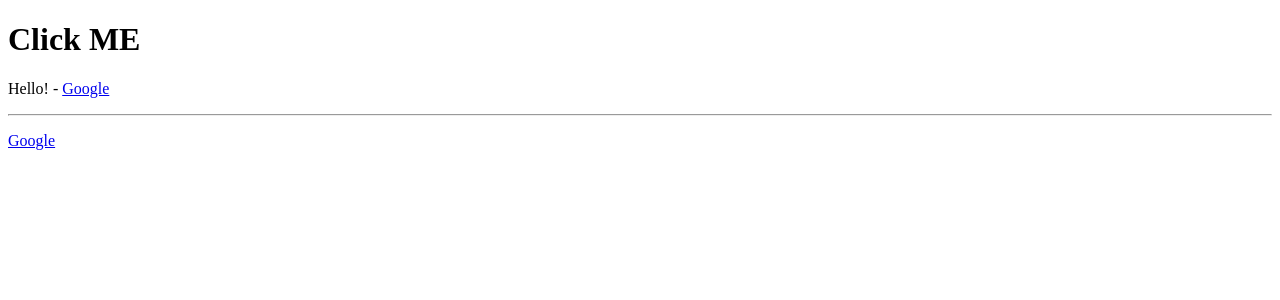
Repository: Samtrapskin/Time-to-learn-Vue.JS
Page: index.html
The author's editor kept a copy of each file at every save. The page is drawn from the files as they stood at one save, then again after the next save.
The browser window is 1280 px wide. The pictures show the whole page.
Some web libraries are served in a nearby version.

Above is the page before, as saved 2018-06-29 12:32:24.

### index.html
<!DOCTYPE html>
<html lang="en">

<head>
    <meta charset="UTF-8">
    <meta name="viewport" content="width=device-width, initial-scale=1.0">
    <meta http-equiv="X-UA-Compatible" content="ie=edge">
    <script src="vue.js"></script>

    <title>VueJS</title>
</head>

<body>
    <script src="https://cdn.jsdelivr.net/npm/vue@2.5.16/dist/vue.js"></script>

    <div id="app">
        <h1 v-once>Click ME</h1>
        <p>
            {{ sayHello() }} - <a v-bind:href ="link">Google</a>
        </p>
        <hr>
        <p v-html ='finishedLink'>
                    </p>
    </div>

    <!-- ///////LOGIC//////// -->



    <script>
        new Vue({
            el: '#app',
            data: {
                title: 'Hello World!',
                link: 'http://google.com',
                finishedLink: '<a href ="http://google.com"> Google </a>'
            },
            methods: {
                 sayHello: function () {
                     this.title= 'Hello!'
                    return this.title ;
                }
            }
        });
    </script>
</body>

</html>

Loaded but not shown: vue.js (library)

After the next save:
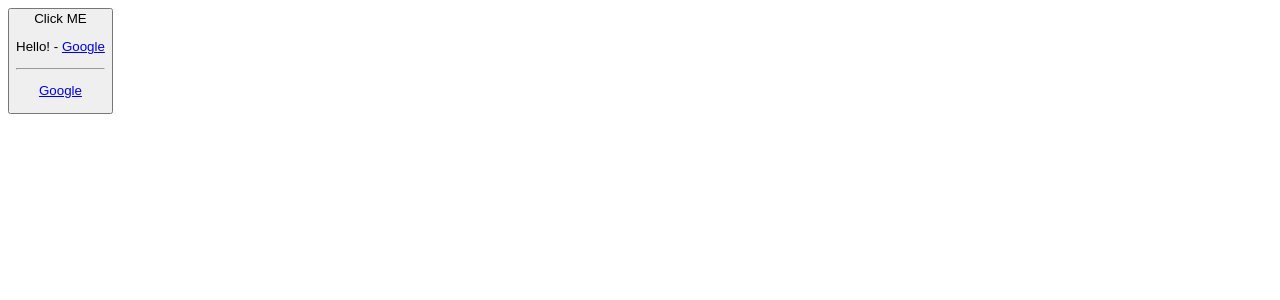
Saved 12 s later.
--- a/index.html
+++ b/index.html
@@ -14,7 +14,7 @@
     <script src="https://cdn.jsdelivr.net/npm/vue@2.5.16/dist/vue.js"></script>
 
     <div id="app">
-        <h1 v-once>Click ME</h1>
+        <button>Click ME</h1>
         <p>
             {{ sayHello() }} - <a v-bind:href ="link">Google</a>
         </p>
